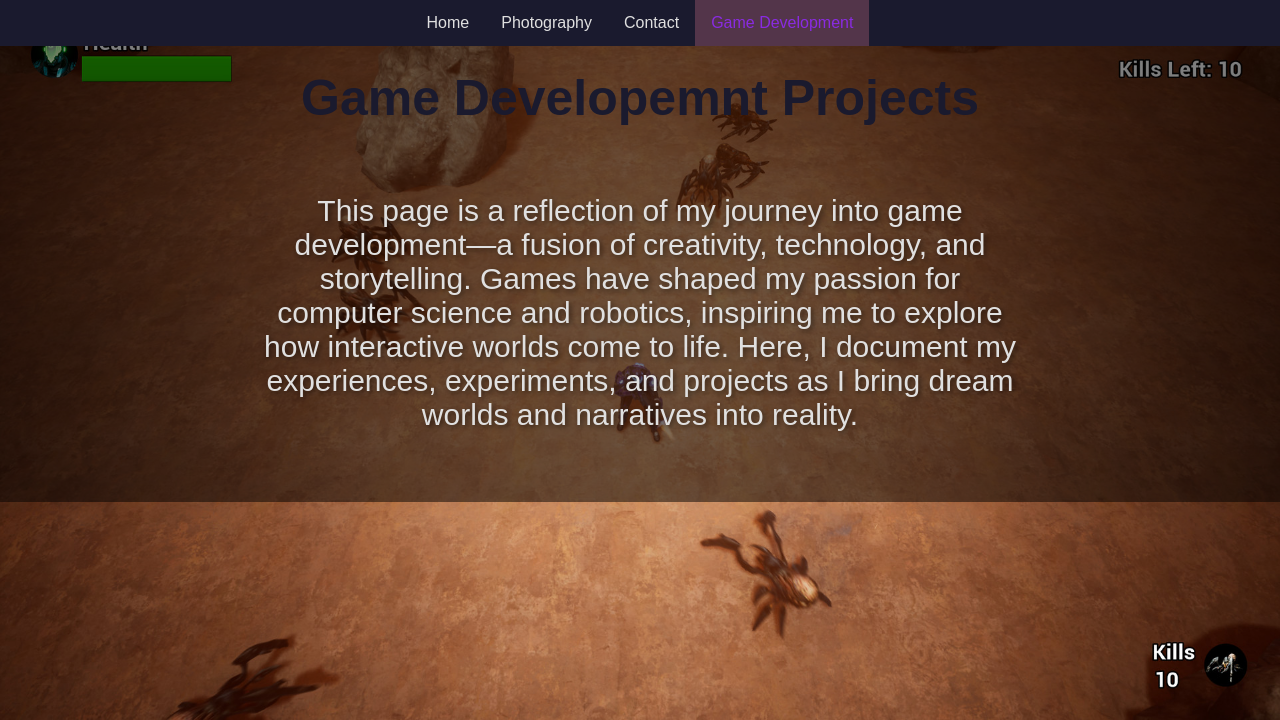
Repository: Argivist/ArgPortfolio
Page: game/index.html
The author's editor kept a copy of each file at every save. The page is drawn from the files as they stood at one save, then again after the next save.
The browser window is 1280 px wide. The pictures show the whole page.

Above is the page before, as saved 2025-03-28 22:14:40.

### game/index.html
<!DOCTYPE html>
<html lang="en">

<head>
    <meta charset="UTF-8">
    <meta name="viewport" content="width=device-width, initial-scale=1.0">
    <link rel="stylesheet" href="../css/styles.css">
    <link rel="stylesheet" href="../css/nav.css">
    <link rel="stylesheet" href="../css/items.css">
    <link rel="stylesheet" href="../css/game.css">
    <link rel="stylesheet" href="css/gamepreview.css">


    <title>Hutton Amison-Addy</title>

    <style>
        body{
            background-color: #f0f0f0;
            font-family: 'Arial', sans-serif;
        }
    </style>
</head>

<body>
    <nav>
        <ul>
            <li class="nav-content"><a href="../../index.html">Home</a></li>
            <li class="nav-content"><a href="https://www.instagram.com/theworldinoneseye/">Photography</a></li>

            <li class="dropdown nav-content">
                <a>Contact</a>
                <ul class="dropdown-content">
                    <li><a href="https://www.linkedin.com/in/hutton-amison-addy-7b1b3b1b1/">LinkedIn</a></li>
                    <li><a href="https://www.github.com/Argivist">GitHub</a></li>
                    <li><a href="mailto:hutton.amison@ashesi.edu.gh">hutton.amison@ashesi.edu.gh</a></li>
                    <li><a href="mailto:huttonaaddy.public@gmail.com">huttonaaddy.public@gmail.com</a></li>
                </ul>
            </li>

            <li class="dropdown nav-content active">
                <a href="#" class="active-text">Game Development</a>
                <ul class="dropdown-content">
                    <li><a>Game Development Projects</a></li>
                    <li class=""><a href="../blender/index.html">Blender</a></li>
                </ul>
            </li>
        </ul>
    </nav>
    <div class="padding">
    </div>
        <div class="overlay">

            <!-- aditional context -->
            <div>
                <h1>Game Developemnt Projects</h1>
                <p class="desc">
                    This page is a reflection of my journey into game development—a fusion of creativity, technology, and storytelling. Games have shaped my passion for computer science and robotics, inspiring me to explore how interactive worlds come to life. Here, I document my experiences, experiments, and projects as I bring dream worlds and narratives into reality.                </p>
            </div>


            <div id="previews"></div>

        </div>


</body>
<!-- Include PapaParse from CDN -->
 <!-- uncomment when ready to edit -->
<script src="https://cdnjs.cloudflare.com/ajax/libs/PapaParse/5.3.2/papaparse.min.js"></script>
<script src="./js/loadPreviews.js" defer></script>

</html>

### css/styles.css
body{
    height: 100%;
    margin: 0;
    padding: 0;
}

 p {
    white-space: pre-line; /* preserves newlines, but collapses extra spaces */
  }
  .overlay {
    /* position: fixed; */
    position: absolute;
    left: 0;
    width: 100%;
    /* height: 100%; */
    background-color: rgba(0, 0, 0, 0.5); /* Adjust opacity as needed */
    z-index: -1; /* Keeps it behind your content */
}

### css/nav.css
/* 1. Define default variables in :root */


/* NAV Content and Dropdown */
.nav-content {
    position: relative;
    display: inline-block;
}

.dropdown {
    position: relative; /* For proper absolute positioning of its child */
    display: inline-block;
}

.dropdown:hover .dropdown-content {
    display: block;
}

.dropdown-content {
    display: none;
    position: absolute; /* This makes it overlay other elements without affecting layout */
    background-color: var(--dropdown-bg);
    min-width: 160px;
    box-shadow: 0px 8px 16px 0px rgba(0,0,0,0.2);
    z-index: 1;
}

/* Nav Stylisation */
nav {
    background-color: var(--nav-bg);
    position: fixed;
    top: 0;
    left: 0;
    width: 100vw;
    z-index: 100;
    display: flex;
    justify-content: center;  /* Centers the nav content horizontally */
    align-items: center;      /* Vertically centers items */
    margin: 0;
    color: var(--nav-link-color);
}

/* Reserve space for the fixed navbar */
.padding {
    height: 35px;  /* Adjust this value to match your navbar's height */
    top: 0;
    left: 0;
    width: 100%;
    bottom: 0;
}

/* Nav List Styles */
nav ul {
    list-style-type: none;
    margin: 0;
    padding: 0;
    display: flex;
}

nav ul li {
    display: inline-block;
    margin: 0;
    text-align: center;
    /* If you want each <li> to match nav’s background: */
    background-color: var(--nav-bg);
}

/* Nav Links */
nav ul li a {
    display: block;
    color: var(--nav-link-color);
    text-align: center;
    padding: 14px 16px;
    text-decoration: none;
}

nav ul li a:hover {
    background-color: var(--nav-link-hover-bg);
    color: var(--nav-link-active-color);
}

/* Optional: Ensure dropdown list items take full width */
.dropdown ul li {
    width: 100%;
}

/* Active link styling */
.active {
    background-color: var(--active-bg);
    /* color: var(--nav-link-active-color); */
    text-decoration: none;
}
/* If .active is on the <li>, target the <a> inside */
.active-text{
    color: var(--nav-link-active-color);
}

### css/items.css

/* Container for preview items arranged in a 3-column grid */
#previews {
    display: grid;
    grid-template-columns: repeat(3, 1fr);
    gap: 20px; /* Adjust gap between items as needed */
    padding: 20px;
    height: fit-content;
  }
  @media (max-width: 768px) {
    #previews{
        display: block;
    }
}

/* Preview Box */
/* Make sure the preview box is positioned relative */
.preview-box {
    position: relative;
    width: 100%;
    height: 50vh;
    margin: 50px auto;
    border: 1px solid var(--preview-box-border-color);
    border-radius: 3px;
    overflow: hidden;
    cursor: pointer;
    box-shadow: 0 2px 8px rgba(0, 0, 0, 0.2);
    transition: transform 0.3s ease;
  }
  /* for smaller devices */
    @media (max-width: 768px) {
        .preview-box {
        height: 100vh;
        }
    }


  .preview-box:hover {
    transform: scale(1.03);
  }

  .preview-box:hover .preview-image {
    /* transform: scale(3); */
    transition: transform 0.3s ease;
    /* object-fit: cover; */
  }

  /* Ensure the image fills the container */
/* Ensure the image fills the container and is aligned to the left */
.preview-image {
    display: block;
    width: 100%;
    height: 100%;
    object-fit:cover;
    object-position: left center; /* Align image to the left */
    transition: 0.3s ease;
    transform: scale(1);
  }

  /* On hover, zoom out a bit (scale down) and keep it left-aligned */
  .preview-box:hover .preview-image {
    object-fit: fill;
    transition:  0.3s ease;
  }

  /* Pseudo-element for the mask overlay */
  .preview-box::before {
    content: "";
    position: absolute;
    bottom: 0;
    left: 0;
    width: 100%;
    height: 100%; /* Adjust height as needed */
    background: var(--preview-box-mask);
    pointer-events: none; /* Allows clicks to pass through */
    transition: opacity 0.3s ease;
  }

  /* On hover, fade out the mask */
  .preview-box:hover::before {
    opacity: 0;
  }


  /* Header as overlay at the bottom */
  .preview-header {
    position: absolute;
    bottom: 0;
    left: 0;
    width: 100%;
    background-color: transparent;
    color: var(--preview-header-color); /* using the color variable */
    text-align: center;
    padding: 10px;
    font-size: 1.2em;
    transition: background-color 0.3s ease;
  }

  /* Remove the opacity mask on hover */
  .preview-box:hover .preview-header {
    background-color:var(--preview-box-mask);

  }


  /* Modal Styles */
  .modal {
    display: none; /* Hidden by default */
    position: fixed;
    z-index: 200;
    left: 0;
    top: 0;
    width: 100%;
    height: 100%;
    overflow: auto; /* Enable scroll if needed */
    background-color: var(--modal-bg-color);
  }

  .modal-content {
    background-color: var(--modal-content-bg);
    margin: 5% auto;
    padding: 20px;
    width: 80%;
    max-width: 1000px;
    display: flex;
    flex-wrap: wrap;
    border-radius: 8px;
    position: relative;
  }

  .close {
    position: absolute;
    top: 10px;
    right: 15px;
    color: var(--close-color);
    font-size: 30px;
    font-weight: bold;
    cursor: pointer;
    transition: color 0.2s;
  }

  .close:hover {
    color: var(--close-hover-color);
  }

  /* Modal image container */
  .modal-image-container {
    flex: 2 1 60%;
    padding: 10px;
  }

  .modal-image {
    width: 100%;
    height: auto;
    border-radius: 4px;
  }

  /* Modal sidebar */
  .modal-sidebar {
    flex: 1 1 35%;
    padding: 10px;
    max-height: 80vh;
    overflow-y: auto;
    border-left: 2px solid var(--sidebar-border-color);
  }

  .modal-sidebar h2 {
    margin-top: 0;
  }

  .modal-description {
    font-size: 16px;
    line-height: 1.5;
  }

  /* Extra Images Container */
  .extra-images-container {
    display: flex;
    flex-wrap: wrap;
    gap: 10px;
    margin-top: 10px;
  }

  .extra-image {
    width: 100px;
    height: auto;
    border: 1px solid var(--extra-image-border-color);
    border-radius: 4px;
    cursor: pointer;
    transition: transform 0.2s;
  }

  .extra-image:hover {
    transform: scale(1.05);
  }

  .preview-video {
    border: 2px solid red;
    width: 100%;
    height: 100%;
    object-fit: cover;
  }
  .modal-video {
    width: 100%;
    height: 100%;
    border: none; /* Remove any default border */
    display: block;
    object-fit: cover;
  }

### css/game.css
:root {
    --nav-bg: #000000;             /* Pure black background */
    --nav-link-color: #8be9fd;      /* Light neon blue for links */
    --nav-link-hover-bg: #444444;   /* Dark gray for hover */
    --dropdown-bg: #222222;         /* Slightly lighter black for dropdown */
    --active-bg: #444444;           /* Medium gray for active elements */
    --border-color: #333333;        /* Dark border */
    --text-color: #f8f8f2;          /* Off-white text */
    --nav-link-active-color: #50fa7b; /* Vibrant neon green */
    --accent-color: #ff79c6;        /* Neon pink for interactive accents */
    --secondary-accent: #bd93f9;    /* Soft purple for extra detail */
  }





body {
    background-image:url('../game/img/game_bg.jpeg');
    background-position: center;
/* background doesnt scroll */
    background-attachment: fixed;

    background-size:cover;    /* Ensures the image covers the whole screen */
    background-repeat: no-repeat;  /* Prevents tiling */
    /* background-position: center;   Centers the image */
    bottom: 0;
}
.overlay {
    /* position: fixed; */
    position: absolute;
    left: 0;
    width: 100%;
    /* height: 100%; */
    background-color: rgba(0, 0, 0, 0.5); /* Adjust opacity as needed */
    z-index: -1; /* Keeps it behind your content */
}

h1{
    color: var(--nav-bg);
    font-size: 50px;
    text-align: center;
    text-shadow: 2px 2px 5px --nav-link-active-color;
}

.desc{
    color: var(--nav-link-color);
    font-size: 30px;
    text-align: center;
    text-shadow: 2px 2px 5px rgba(0, 0, 0, 0.5);
    /* large gap between left and right edges */
    margin-left: 20%;
    margin-right: 20%;
}

### game/css/gamepreview.css
:root {
      /* Game Dev Theme – Neon Arcade (Cyberpunk Vibe) */
      --nav-bg: #1a1a2e;             /* Deep space blue for background */
      --nav-link-color: #e0e0e0;      /* Light gray for readability */
      --nav-link-hover-bg: #16213e;   /* Darker blue for hover */
      --dropdown-bg: #0f3460;         /* Cyberpunk blue for dropdowns */
      --active-bg: #53354a;           /* Deep reddish-purple for active elements */
      --border-color: #3a3a52;        /* Subtle blue-gray border */
      --text-color: #f5f5f5;          /* Almost white text */
      --nav-link-active-color: #8a2be2; /* Neon purple for active nav links */
      --accent-color: #ff007f;        /* Hot pink for interactive elements */
      --secondary-accent: #00f2ff;    /* Neon cyan for extra highlights */

      /* Preview Box Colors */
      --preview-box-border-color: #ccc;
      /* Change the mask to a neon purple tone (matching active color) */
      --preview-box-mask: rgba(138, 43, 226, 0.408);

      /* Header Colors for previews */
      --preview-header-bg: var(--nav-bg, #333);
      --preview-header-color: var(--nav-link-color, #fff);

      /* Modal Colors */
      --modal-bg-color: rgba(0, 0, 0, 0.8);
      --modal-content-bg: #fff;

      /* Close Button Colors */
      --close-color: #aaa;
      --close-hover-color: #000;

      /* Sidebar Colors */
      --sidebar-border-color: #ccc;

      /* Extra Images Colors */
      --extra-image-border-color: #ccc;
    }

### game/js/loadPreviews.js
document.addEventListener("DOMContentLoaded", () => {
  // Path to your CSV file
  const csvPath = 'data/items.csv';

  // Fetch the CSV file
  fetch(csvPath)
    .then(response => response.text())
    .then(csvText => {
      // Parse CSV using PapaParse (with header: true)
      Papa.parse(csvText, {
        header: true,
        skipEmptyLines: true,
        complete: function(results) {
          const data = results.data;
          // For each row in the CSV, create a preview box
          data.forEach(row => {
            createPreview(row);
          });
        },
        error: function(err) {
          console.error("Error parsing CSV:", err);
        }
      });
    })
    .catch(error => console.error("Error fetching CSV:", error));
});

/**
 * Creates a preview box element from a CSV row.
 * @param {Object} row - A row object from the CSV with keys: mainImage, header, description, otherImagesFolder.
 */
// function createPreview(row) {
//   // Create the container for the preview box
//   const previewBox = document.createElement('div');
//   previewBox.classList.add('preview-box');

//   // Create header element
//   const previewHeader = document.createElement('div');
//   previewHeader.classList.add('preview-header');
//   previewHeader.textContent = row.header;

//   // Create the image element
//   const previewImage = document.createElement('img');
//   // Adjust the image path if necessary
//   previewImage.src = `content/${row.mainImage}/main.jpg`;
//   previewImage.alt = row.header;

//   // Append header and image to the preview box
//   previewBox.appendChild(previewHeader);
//   previewBox.appendChild(previewImage);

//   // Add click event listener to open the modal
//   previewBox.addEventListener('click', () => {
//     openModal(row);
//   });

//   // Append the preview box to a container on the page.
//   // Make sure you have a container with id "previews" in your HTML.
//   document.getElementById('previews').appendChild(previewBox);
// }
function createPreview(row) {
  const previewBox = document.createElement('div');
  previewBox.classList.add('preview-box');

  let mediaElement;
  if (row.mediaType && row.mediaType.toLowerCase() === 'youtube') {
    // Create an iframe for the YouTube preview.
    // Note: You can add parameters to disable controls if desired.
    mediaElement = document.createElement('img');
    mediaElement.classList.add('preview-video');
    mediaElement.width = "100%";
    mediaElement.height = "100%";
    const videoId = row.mainMedia.split('?')[0];
    // Use YouTube's embed URL with minimal parameters for preview.
    mediaElement.src = `https://img.youtube.com/vi/${videoId}/hqdefault.jpg`;
    // mediaElement.frameBorder = "0";
    // mediaElement.allow = "accelerometer; autoplay; clipboard-write; encrypted-media; gyroscope; picture-in-picture";
    // mediaElement.allowFullscreen = true;
  } else if (row.mediaType === 'video') {
    mediaElement = document.createElement('video');
    mediaElement.classList.add('preview-video');
    mediaElement.muted = true;
    mediaElement.loop = true;
    mediaElement.autoplay = true;
    const source = document.createElement('source');
    source.src = `content/${row.mainMedia}/main.${row.format}`; // video path
    source.type = 'video/mp4';
    mediaElement.appendChild(source);
  } else {
    mediaElement = document.createElement('img');
    mediaElement.classList.add('preview-image');
    mediaElement.src = `content/${row.mainMedia}/main.jpg`;
    mediaElement.alt = row.header;
  }
  previewBox.appendChild(mediaElement);

  const previewHeader = document.createElement('div');
  previewHeader.classList.add('preview-header');
  previewHeader.textContent = row.header;
  previewBox.appendChild(previewHeader);

  previewBox.addEventListener('click', () => {
    openModal(row);
  });
  document.getElementById('previews').appendChild(previewBox);
}

/**
 * Opens a modal window displaying the expanded image and sidebar.
 * @param {Object} row - The CSV row data.
//  */
// function openModal(row) {
//   // Create the modal container
//   const modal = document.createElement('div');
//   modal.classList.add('modal');

//   // Create modal content container
//   const modalContent = document.createElement('div');
//   modalContent.classList.add('modal-content');

//   // Create the close button
//   const closeBtn = document.createElement('span');
//   closeBtn.classList.add('close');
//   closeBtn.innerHTML = '&times;';
//   closeBtn.addEventListener('click', () => {
//     modal.style.display = 'none';
//     modal.remove();
//   });
//   modalContent.appendChild(closeBtn);

//   // Create the image container for the main image
//   const imageContainer = document.createElement('div');
//   imageContainer.classList.add('modal-image-container');
//   const modalImage = document.createElement('img');
//   modalImage.classList.add('modal-image');
//   modalImage.src = `content/${row.mainImage}/main.jpg`;
//   modalImage.alt = row.header;
//   imageContainer.appendChild(modalImage);
//   modalContent.appendChild(imageContainer);

//   // Create the sidebar for header, description, and extra images
//   const modalSidebar = document.createElement('div');
//   modalSidebar.classList.add('modal-sidebar');

//   // Sidebar Header
//   const sidebarHeader = document.createElement('h2');
//   sidebarHeader.textContent = row.header;
//   modalSidebar.appendChild(sidebarHeader);

//   // Description
//   const descriptionDiv = document.createElement('div');
//   descriptionDiv.classList.add('modal-description');
//   const descriptionPara = document.createElement('p');
//   descriptionPara.textContent = row.description;
//   descriptionDiv.appendChild(descriptionPara);
//   modalSidebar.appendChild(descriptionDiv);

//   // Extra Images Container
//   const extraImagesContainer = document.createElement('div');
//   extraImagesContainer.classList.add('extra-images-container');
//   // Load extra images recursively
//   loadExtraImages(row.otherImagesFolder, 1, extraImagesContainer);

//   // Append the extra images container to the sidebar
//   modalSidebar.appendChild(extraImagesContainer);
//   modalContent.appendChild(modalSidebar);

//   // Append the modal content to the modal container
//   modal.appendChild(modalContent);
//   // Append the modal to the body
//   document.body.appendChild(modal);

//   // Display the modal
//   modal.style.display = 'block';

//   // Optional: Close the modal when clicking outside of the modal content
//   modal.addEventListener('click', (event) => {
//     if (event.target === modal) {
//       modal.style.display = 'none';
//       modal.remove();
//     }
//   });
// }
function openModal(row) {
  // Create the modal container
  const modal = document.createElement('div');
  modal.classList.add('modal');

  // Create modal content container
  const modalContent = document.createElement('div');
  modalContent.classList.add('modal-content');

  // Create the close button
  const closeBtn = document.createElement('span');
  closeBtn.classList.add('close');
  closeBtn.innerHTML = '&times;';
  closeBtn.addEventListener('click', () => {
    modal.style.display = 'none';
    modal.remove();
  });
  modalContent.appendChild(closeBtn);

  // Create the media container for the main media (image or video)
  const mediaContainer = document.createElement('div');
  mediaContainer.classList.add('modal-image-container');

  // Check the media type: if "video", create a video element; otherwise, create an image element
  if (row.mediaType && row.mediaType.toLowerCase() === 'youtube') {
    // Create an iframe for YouTube video
    const iframe = document.createElement('iframe');
    iframe.classList.add('modal-video');
    iframe.width = "100%";
    iframe.height = "100%";
    iframe.src = `https://www.youtube.com/embed/${row.mainMedia}?autoplay=1&controls=1&modestbranding=1`;
    iframe.frameBorder = "0";
    iframe.allow = "accelerometer; autoplay; clipboard-write; encrypted-media; gyroscope; picture-in-picture; web-share";
    iframe.allowFullscreen = true;
    iframe.referrerPolicy="strict-origin-when-cross-origin";
    mediaContainer.appendChild(iframe);
  } else if (row.mediaType && row.mediaType.toLowerCase() === 'video') {
    const modalVideo = document.createElement('video');
    modalVideo.classList.add('modal-video');
    modalVideo.controls = true;
    // Adjust the path as needed (e.g., folder and file name)
    const source = document.createElement('source');
    source.src = `content/${row.mainMedia}/main.mp4`;
    source.type = 'video/mp4';
    modalVideo.appendChild(source);
    mediaContainer.appendChild(modalVideo);
  } else {
    const modalImage = document.createElement('img');
    modalImage.classList.add('modal-image');
    // Adjust the path as needed (e.g., folder and file name)
    modalImage.src = `content/${row.mainMedia}/main.jpg`;
    modalImage.alt = row.header;
    mediaContainer.appendChild(modalImage);
  }
  modalContent.appendChild(mediaContainer);

  // Create the sidebar for header, description, and extra images
  const modalSidebar = document.createElement('div');
  modalSidebar.classList.add('modal-sidebar');

  // Sidebar Header
  const sidebarHeader = document.createElement('h2');
  sidebarHeader.textContent = row.header;
  modalSidebar.appendChild(sidebarHeader);

  // Description
  const descriptionDiv = document.createElement('div');
  descriptionDiv.classList.add('modal-description');
  const descriptionPara = document.createElement('p');
  // descriptionPara.textContent = row.description;
  descriptionPara.innerHTML = row.description;
  descriptionDiv.appendChild(descriptionPara);
  modalSidebar.appendChild(descriptionDiv);

  // Extra Images Container (remains unchanged)
  const extraImagesContainer = document.createElement('div');
  extraImagesContainer.classList.add('extra-images-container');
  loadExtraImages(row.otherImagesFolder, 1, extraImagesContainer);
  modalSidebar.appendChild(extraImagesContainer);

  modalContent.appendChild(modalSidebar);
  modal.appendChild(modalContent);
  document.body.appendChild(modal);

  // Display the modal
  modal.style.display = 'block';

  // Optional: Close the modal when clicking outside of the modal content
  modal.addEventListener('click', (event) => {
    if (event.target === modal) {
      modal.style.display = 'none';
      modal.remove();
    }
  });
}

/**
 * Recursively attempts to load extra images from the specified folder.
 * Stops when an image fails to load.
 * @param {string} folder - The folder containing extra images.
 * @param {number} index - The current image index to attempt.
 * @param {HTMLElement} container - The container to which extra images are appended.
 */
function loadExtraImages(folder, index, container) {
  const img = new Image();
  img.classList.add('extra-image');
  img.src = `content/${folder}/${index}.jpg`;
  img.alt = `Extra image ${index}`;

  // If the image loads, append it and try the next one
  img.onload = () => {
    container.appendChild(img);
    // Recursively attempt to load the next image
    loadExtraImages(folder, index + 1, container);
  };

  // If the image fails to load, stop the recursion
  img.onerror = () => {
    console.log(`No image found at content/${folder}/${index}.jpg, stopping extra images load.`);
  };
}

After the next save:
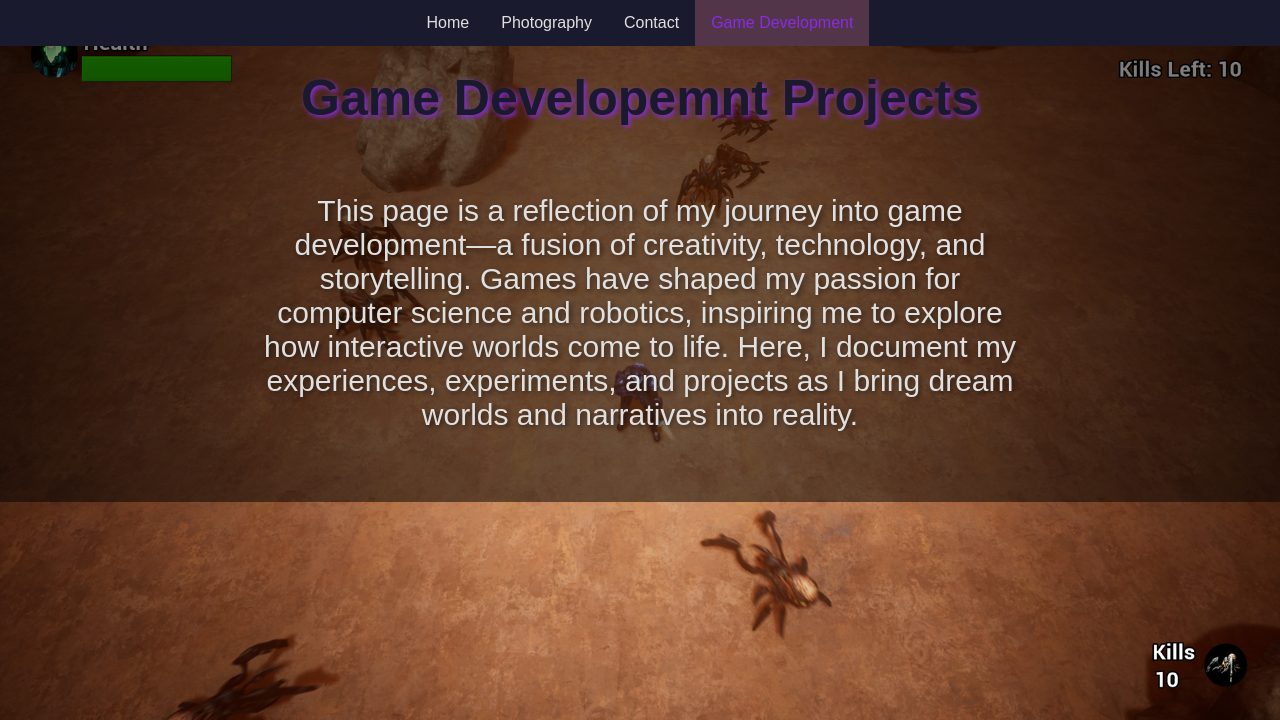
Saved 8 s later.
--- a/css/game.css
+++ b/css/game.css
@@ -40,7 +40,7 @@ h1{
     color: var(--nav-bg);
     font-size: 50px;
     text-align: center;
-    text-shadow: 2px 2px 5px --nav-link-active-color;
+    text-shadow: 2px 2px 5px var(--nav-link-active-color);
 }
 
 .desc{
